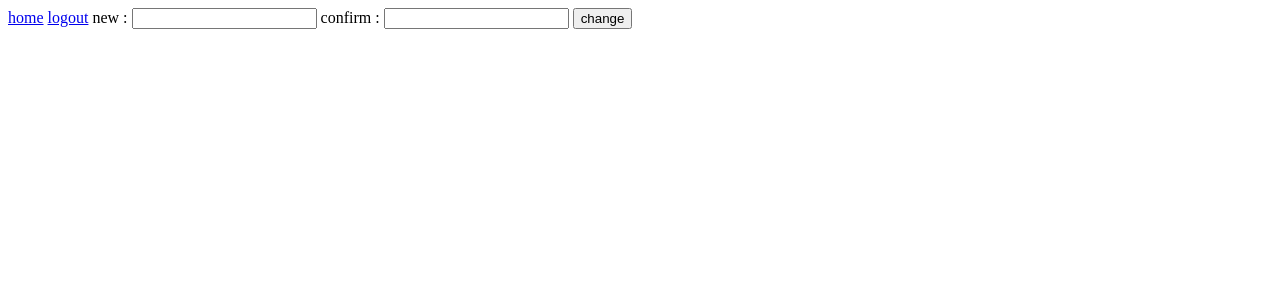
Repository: ashwinibd6697/ust-19sep-ashwinibd
Page: ust-java/empwebapp/WebContent/changepassword.html
The author's editor kept a copy of each file at every save. The page is drawn from the files as they stood at one save, then again after the next save.
The browser window is 1280 px wide. The pictures show the whole page.

Above is the page before, as saved 2019-11-15 08:32:37.

### ust-java/empwebapp/WebContent/changepassword.html
<!DOCTYPE html>
<html>
<head>
<meta charset="ISO-8859-1">
<title>Insert title here</title>
</head>
<body>
<form action="">
   <a href ="home.html">home</a>
   <a href ="login.html" style:"text-align=right"> logout</a>
  new     : <input name ="new" type="password">
  confirm : <input type ="password" name ="password">
            <input type ="submit" value ="change">



    </form>
</body>
</html>

After the next save:
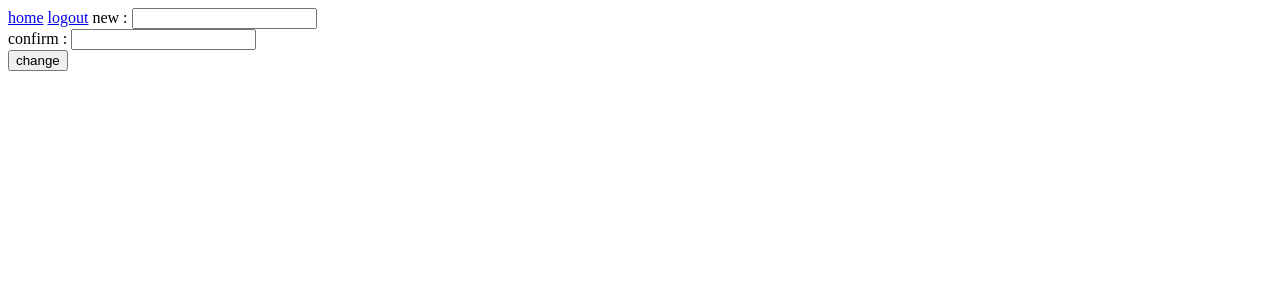
Saved 31 s later.
--- a/ust-java/empwebapp/WebContent/changepassword.html
+++ b/ust-java/empwebapp/WebContent/changepassword.html
@@ -8,8 +8,8 @@
 <form action="">
    <a href ="home.html">home</a>
    <a href ="login.html" style:"text-align=right"> logout</a>
-  new     : <input name ="new" type="password">
-  confirm : <input type ="password" name ="password">
+  new     : <input name ="new" type="password"> <br>
+  confirm : <input type ="password" name ="password"> <br>
             <input type ="submit" value ="change">
 
 
